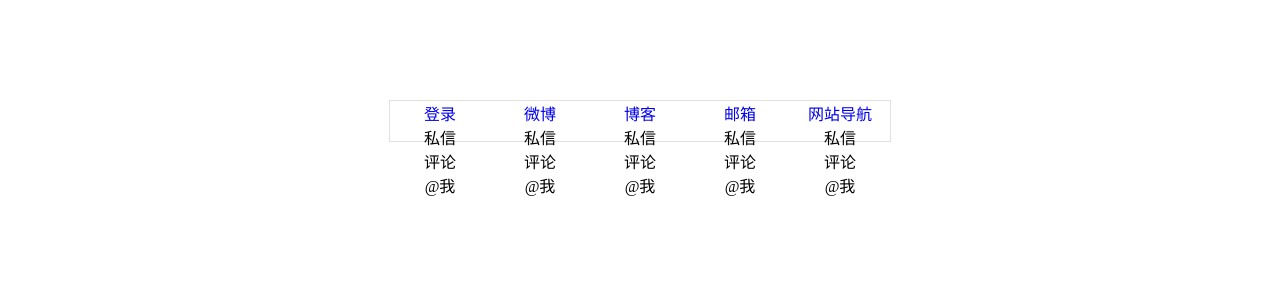
Repository: Sky0258/study
Page: js/新浪下拉框.html
The author's editor kept a copy of each file at every save. The page is drawn from the files as they stood at one save, then again after the next save.
The browser window is 1280 px wide. The pictures show the whole page.

Above is the page before, as saved 2022-09-11 16:17:44.

After the next save:
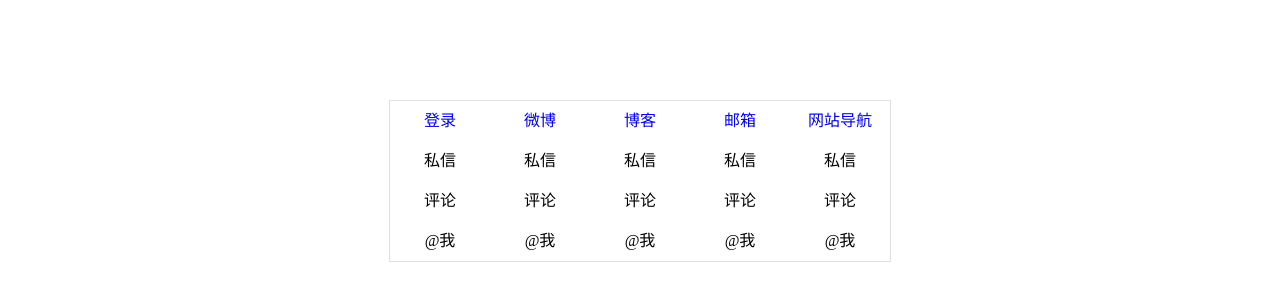
Saved 19 s later.
--- a/js/新浪下拉框.html
+++ b/js/新浪下拉框.html
@@ -30,7 +30,7 @@
     .tab > ul > li {
         flex: 1;
         text-align: center;
-        height: 40px;
+        line-height: 40px;
     }
 </style>
 <body>
